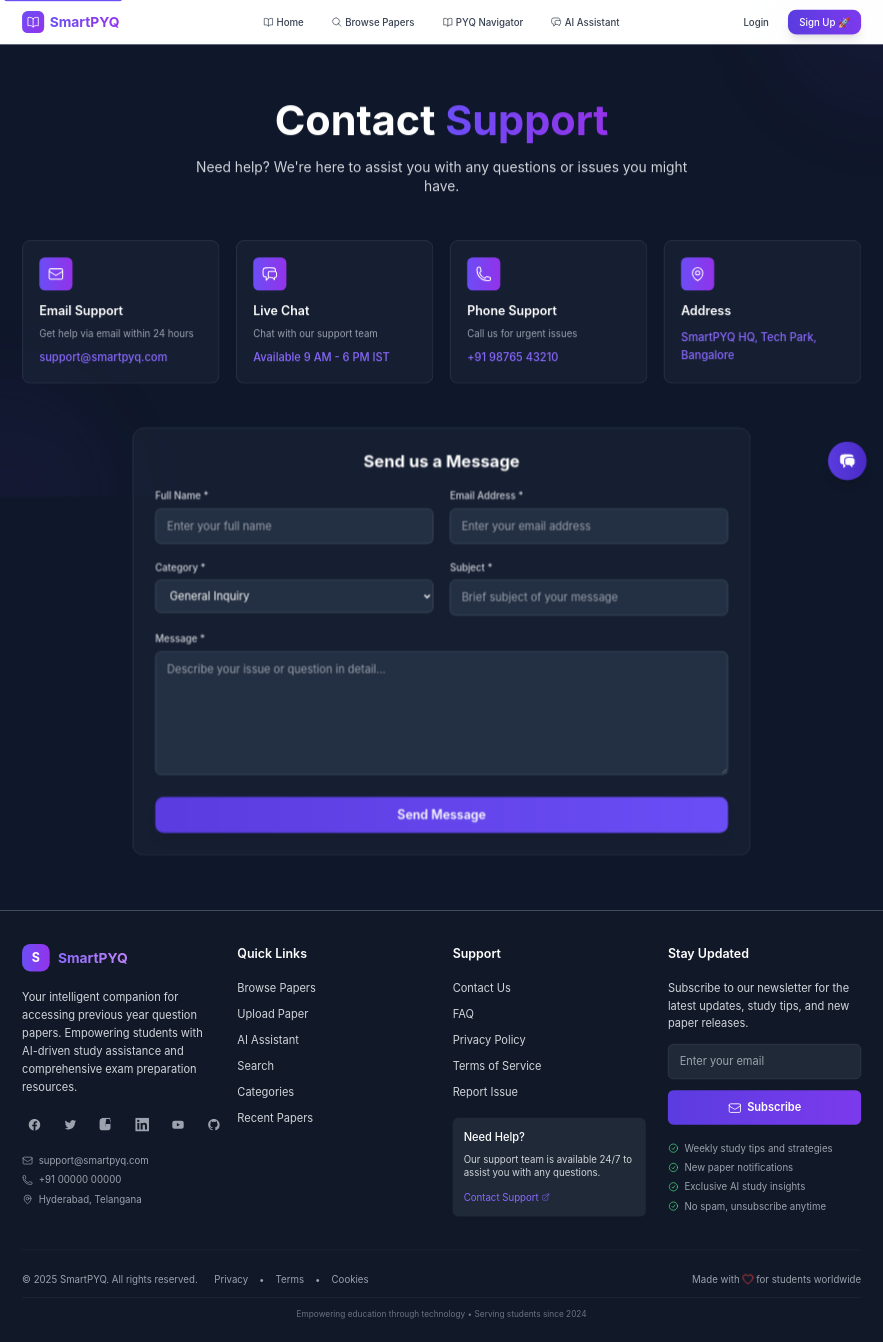
Repository: sumer52/smartpyq
Page: /contact (app in smartpyq-frontend/)
The author's editor kept a copy of each file at every save. The page is drawn from the files as they stood at one save, then again after the next save.
The browser window is 1280 px wide. The pictures show the whole page, at 69% of full size.
The project was rebuilt for these pictures with package versions that can differ from the ones it lists, and the page was loaded fresh each time. Also part of the build but not shown: smartpyq-frontend/vite.config.js. Imported but missing from the stored project, and not drawn on this page: smartpyq-frontend/src/pages/RegisterPage.

Above is the page before, as saved 2025-09-09 03:30:15.

After the next save:
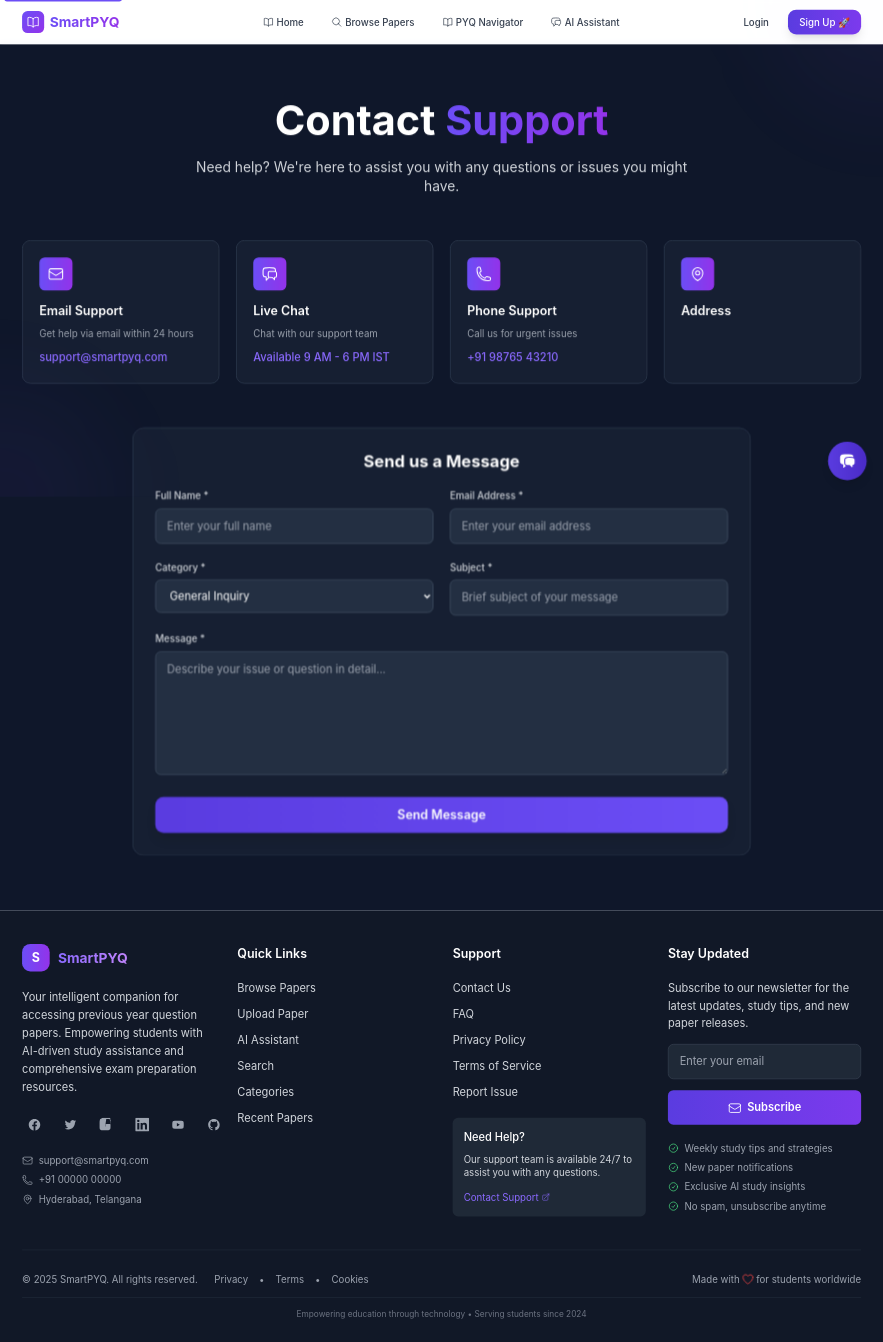
Saved 27 s later.
--- a/smartpyq-frontend/src/pages/ContactPage.jsx
+++ b/smartpyq-frontend/src/pages/ContactPage.jsx
@@ -78,7 +78,7 @@ const ContactPage = () => {
       icon: MapPinIcon,
       title: 'Address',
       description: '',
-      contact: 'SmartPYQ HQ, Tech Park, Bangalore',
+      contact: '',
       action: '#'
     }
   ];
